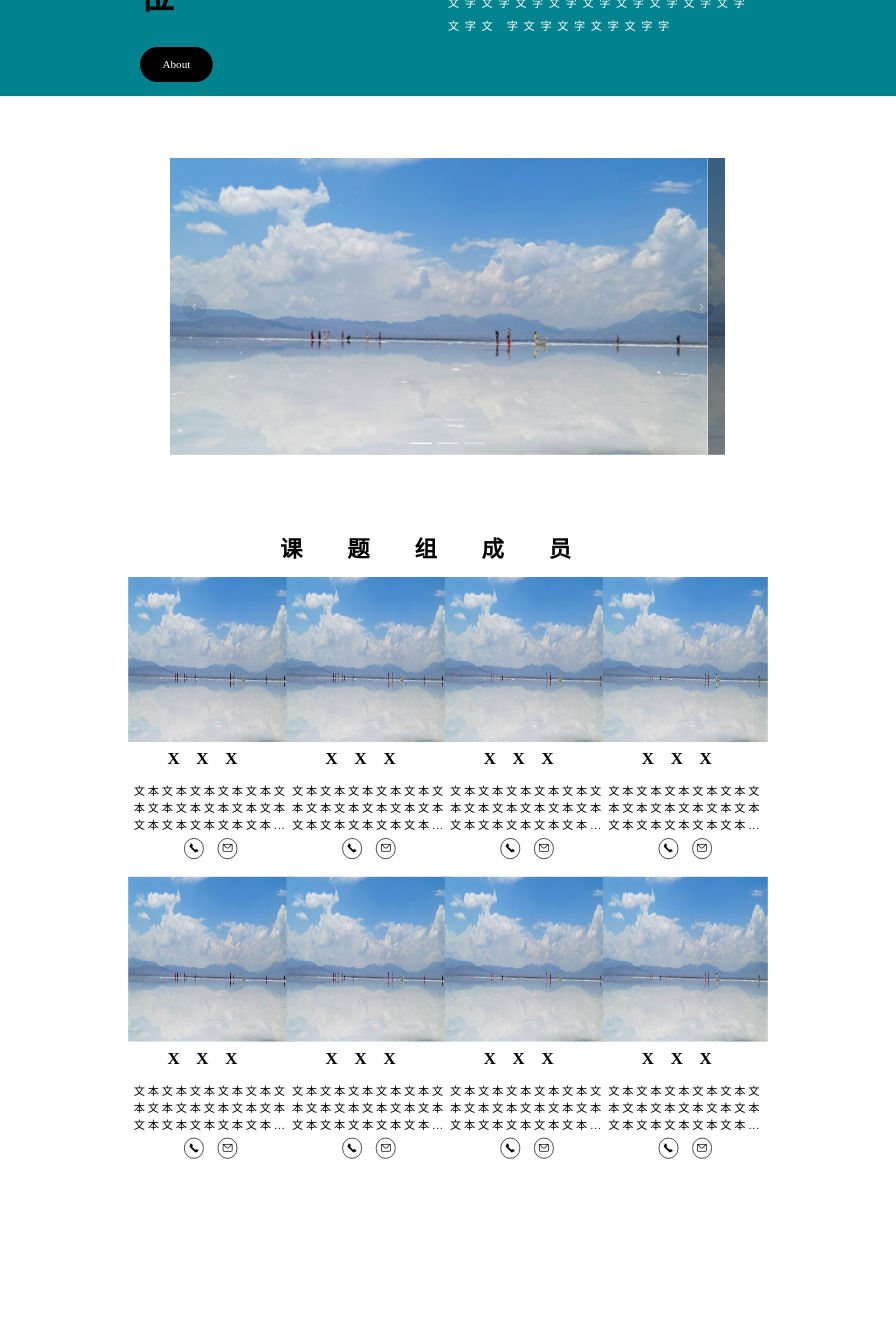
Repository: BLSY/xzust
Page: /
These files come from the project's save history. The page is drawn as it stood at one moment and after the next save; the edit follows.
The browser window is 1280 px wide. The pictures show the part of the page from y = 1156 to 3076 px (the page is 3076 px tall), at 70% of full size.
The project was rebuilt for these pictures with package versions that can differ from the ones it lists, and the page was loaded fresh each time.

Above is the page before, as saved 2022-11-27 12:38:13.

### index.html
<!DOCTYPE html>
<html>
  <head>
    <meta charset="utf-8">
    <meta name="viewport" content="width=device-width,initial-scale=1.0">
    <title>student</title>
  </head>
  <body style="margin:0;">
    <div id="app"></div>
    <!-- built files will be auto injected -->
  </body>
</html>

### src/main.js
// The Vue build version to load with the `import` command
// (runtime-only or standalone) has been set in webpack.base.conf with an alias.
import Vue from 'vue'
import App from './App'
import ElementUI from 'element-ui';
import 'element-ui/lib/theme-chalk/index.css';
import router from './router'

Vue.use(ElementUI);
Vue.config.productionTip = false

/* eslint-disable no-new */
new Vue({
  el: '#app',
  router,
  components: { App },
  template: '<App/>'
})

### src/App.vue
<template>
  <div id="app">
    <router-view/>
  </div>
</template>

<script>
export default {
  name: 'App'
}
</script>

<style>
#app {

}
</style>

### src/components/HelloWorld.vue
<template>
  <div class="indexBox">
    <div class="nav">
      <div class="login">LOGO</div>
      <div class="navList">
        <el-menu
          :default-active="activeIndex2"
          class="el-menu-demo"
          mode="horizontal"
          @select="handleSelect"
          background-color="#fff"
          text-color="#00356B"
          active-text-color="#fff"
        >
          <el-menu-item index="1">首页</el-menu-item>
          <el-submenu index="2">
            <template slot="title">业绩成果</template>
            <el-menu-item index="2-1">选项1</el-menu-item>
            <el-menu-item index="2-2">选项2</el-menu-item>
            <el-menu-item index="2-3">选项3</el-menu-item>
          </el-submenu>
          <el-menu-item index="3">在研工作</el-menu-item>
          <el-menu-item index="4">服务咨询</el-menu-item>
          <el-menu-item index="5">联系我们</el-menu-item>
        </el-menu>
      </div>
      <div class="serch">
        <el-input
          placeholder="请输入内容"
          prefix-icon="el-icon-search"
          v-model="input2"
        >
        </el-input>
      </div>
    </div>
    <div class="top">
      <div class="toptext">
        <h3 class="h-text">西藏农牧学院水利水电工程</h3>
        <h3 class="h-text" >郭永刚老师课题组</h3>
        <div class="detil">
          文字文字文字文字文字文字文字文字文字文字文字文字文字文字文字文字文字文字文字文字文字文字文字文字文字文字文字文字文字文字
        </div>

      </div>
      <div class="starvidio">
        </div>
    </div>
    <div class="team">
      <div class="team-left">
        <div class="line"></div>
        <h3 class="team-title">团队简介</h3>
        <div class="team-icon">About</div>
      </div>
      <div class="team-right">
        <div class="team-text">
          文字文字文字文字文字文字文字文字文字文字文字文字文字文字文字文字文字文字文字文字文字文字文字文字文字文字文字文
          字文字文文字文字文字文字文字文字文字文字文字文字文字文字文字文字文字文字文字文字文字文字文字文字文字文字文字文
          字文字文字文字文字字
        </div>

      </div>
    </div>
     <div class="cooperation">
      <div class="cooperation-left">
        <div class="line"></div>
        <h3 class="cooperation-title">合作单位</h3>
        <div class="cooperation-icon">About</div>
      </div>
      <div class="cooperation-right">
        <div class="cooperation-text">
          文字文字文字文字文字文字文字文字文字文字文字文字文字文字文字文字文字文字文字文字文字文字文字文字文字文字文字文
          字文字文文字文字文字文字文字文字文字文字文字文字文字文字文字文字文字文字文字文字文字文字文字文字文字文字文字文
          字文字文字文字文字字
        </div>

      </div>
    </div>
    <div class="preject">
      <div class="carousel">
         <el-carousel :interval="5000" arrow="always" height="425px">
          <el-carousel-item v-for="(item,index) in imgList" :key="index">
            <img :src="item.idView"  class="image">
          </el-carousel-item>
        </el-carousel>
      </div>

    </div>
    <div class="group">
      <h3 class="group-title">课题组成员</h3>
      <div class="showMessage" >
        <div class="show-item" v-for="(item,index) in groupList" :key="index">
          <el-image
            style="width: 236px; height: 236px"
            :src="item.imgs"
            :fit="fit"></el-image>
            <h3 class="show-name">{{item.name}}</h3>
            <div class="show-detile">
              {{item.detail}}
            </div>
            <div class="show-icon">
              <div class="icon-circle">
                <i class="el-icon-phone"></i>
              </div>
              <div class="icon-circle">
                <i class="el-icon-message"> </i>
              </div>
            </div>
        </div>
      </div>
    </div>
    <div class="edition">
      <div class="edition-top">
        <div class="edition-logo">
        <h3 class="logo-botton">LOGE</h3>
        <div class="edition-phone">
          <i class="el-icon-phone phone-icon">0000-00000000</i>
          <i class="el-icon-map-location phone-icon">西藏自治区林芝市巴宜区育才西路100号</i>
        </div>
      </div>
      </div>
      <div class="edition-bottom"></div>
    </div>
  </div>
</template>

<script>
export default {
  name: "HelloWorld",
  data() {
    return {
      activeIndex2: "1",
      input2: "",
      imgList:[
        {idView:require('../assets/preject.jpg')},
        {idView:require('../assets/black-preject.jpg')},
        {idView:require('../assets/topbackg.jpg')}
      ],
      groupList:[
        {imgs: require('../assets/preject.jpg'),name:'XXX',detail:'文本文本文本文本文本文本文本文本文本文本文本文本文本文本文本文本文本文本文本文本文本文本文本文本文本文本文本'},
        {imgs: require('../assets/preject.jpg'),name:'XXX',detail:'文本文本文本文本文本文本文本文本文本文本文本文本文本文本文本文本文本文本文本文本文本文本文本文本文本文本文本'},
        {imgs: require('../assets/preject.jpg'),name:'XXX',detail:'文本文本文本文本文本文本文本文本文本文本文本文本文本文本文本文本文本文本文本文本文本文本文本文本文本文本文本'},
        {imgs: require('../assets/preject.jpg'),name:'XXX',detail:'文本文本文本文本文本文本文本文本文本文本文本文本文本文本文本文本文本文本文本文本文本文本文本文本文本文本文本'},
        {imgs: require('../assets/preject.jpg'),name:'XXX',detail:'文本文本文本文本文本文本文本文本文本文本文本文本文本文本文本文本文本文本文本文本文本文本文本文本文本文本文本'},
        {imgs: require('../assets/preject.jpg'),name:'XXX',detail:'文本文本文本文本文本文本文本文本文本文本文本文本文本文本文本文本文本文本文本文本文本文本文本文本文本文本文本'},
        {imgs: require('../assets/preject.jpg'),name:'XXX',detail:'文本文本文本文本文本文本文本文本文本文本文本文本文本文本文本文本文本文本文本文本文本文本文本文本文本文本文本'},
        {imgs: require('../assets/preject.jpg'),name:'XXX',detail:'文本文本文本文本文本文本文本文本文本文本文本文本文本文本文本文本文本文本文本文本文本文本文本文本文本文本文本'}
        ]
    };
  },
  props: {
    msg: String,
  },
  methods: {
    handleSelect(key, keyPath) {
      console.log(key, keyPath);
    },
  },
};
</script>

<!-- Add "scoped" attribute to limit CSS to this component only -->
<style scoped >
*{
  list-style: none;
  box-sizing: border-box;
}
h3{
  margin: 0;
  padding: 0;
  margin: 10px 0;
}
html{
  font-size: 16px;
}
.indexBox {
  width: 100%;
  height: 100%;
  position: relative;
  box-sizing: border-box;
}
.nav {
  display: flex;
  align-items: center;
  justify-content: center;
  padding: 0 200px;
}
.login {
  flex: 1;
  display: inline-block;
  font-size: 3em;
  font-weight: bold;
  color: #00356B;
  font-family: MicrosoftYaHei;
  margin-right: 100px;
}
.navList{
  flex: 4;
  display: inline-block;
  min-width:55%;
  font-size: 2em;
}
.serch{
  flex: 1;
  display: inline-block;
  margin-left:30px ;
}
.el-menu-item.is-active{
  background: #00356B !important;
}
.top{
  box-sizing: border-box;
  background: url(../assets/topbackg.jpg) no-repeat;
  background-size:100% 100% ;
  position: relative;
  height: 500px;
  display: flex;
  align-items: center;
  justify-content: center;
  /* text-align: center; */
  overflow: hidden;
  padding: 0 200px;
}
  .toptext{
    display: inline-block;
    margin-top: 20px;
    width: 70%;
    text-align: left;
  }
  .h-text{
    display: inline-block;
    color: #00356B;
    font-size: 3em;
    letter-spacing:20px;
  }
  .detil{
    margin-top: 20px;
    display: inline-block;
    width:70%;
    font-size: 1em;
    text-align: left;
    letter-spacing: 0.5em;
    color:#333;
  }
  .starvidio{
    background: url(../assets/bapfang.png) no-repeat;
    background-size:100% 100% ;
    position: absolute;
    bottom: 20px;
    right: 60px;
    height: 60px;
    width: 60px;
  }
  .team{
    height: 366px;
    display: flex;
    flex-direction: row;
    align-items: center;
    justify-content: space-between;
    padding: 0 200px;
  }
  .team-left{
    height: 250px;
    flex: 1;
    text-align: cente;
    display: inline-block;
    vertical-align: top;
  }
  .team-right{
    height: 250px;
    flex: 1;
    display: inline-block;
    vertical-align: top;
  }
  .team-text{
    text-align: left;
   letter-spacing:0.5em;
   line-height: 2em;
  }
  .team-title{
    color: #00356B;
    font-size: 3em;
    letter-spacing:2em;
    margin: 40px 0;
  }
  .line{
    display: inline-block;
    margin: auto;
    width: 80%;
    border: 1px solid #5D0E8B;
  }
  .team-icon{
    text-align: center;
    width: 104px;
    height: 50px;
    line-height: 50px;
    color: #fff;
    font-size: 1em;
    background: #00356B;
    border-radius: 25px;
  }
  .cooperation{
    height: 366px;
    display: flex;
    background:#00838F ;
    flex-direction: row;
    align-items: center;
    justify-content: space-between;
    padding: 0 200px;
  }
   .cooperation-left{
    height: 250px;
    flex: 1;
    text-align: cente;
    display: inline-block;
    vertical-align: top;
  }
  .cooperation-right{
    height: 250px;
    flex: 1;
    display: inline-block;
    vertical-align: top;
  }
  .cooperation-text{
    text-align: left;
   letter-spacing:0.5em;
   line-height: 2em;
   color: #fff;
  }
  .cooperation-title{
    color: #000;
    font-size: 3em;
    letter-spacing:2em;
    margin: 40px 0;
  }

  .cooperation-icon{
    text-align: center;
    width: 104px;
    height: 50px;
    line-height: 50px;
    color: #fff;
    font-size: 1em;
    background: #000000;
    border-radius: 25px;
  }
.preject{
  /* height: 366px; */
  display: flex;
  justify-content: center;
  flex-direction: row;
  align-items: center;
  padding: 0 200px;
}
.carousel{
  margin: 88px auto;
  height: 425px;
  width: 90%;
}
/* 轮播图无图片样式 有图片可删除 */

  .image{
    width: 100%;
    height: inherit;
  }
  .group{
    text-align: center;
    display: flex;
    justify-content: center;
    flex-direction: column;
    align-items: center;
    padding: 0 200px;

  }
  .group-title{
    color: #000;
    font-size: 2em;
    letter-spacing:2em;
    margin: 20px 0;
  }
  .showMessage{
    display: flex;
    flex-direction: row;
    flex-wrap: wrap;
    align-items: center;
    justify-content: space-between;
  }
  .show-item{
    width: 23%;
    display: inline-block;
    margin-bottom: 25px;
    display: flex;
    flex-direction: column;
    align-items: center;
  }
  .show-name{
    color: #000;
    font-size: 1.5em;
    letter-spacing:1em;
  }
  .show-detile{
    width: 236px;
    display: inline-block;
    max-height: 70px;;
    overflow: hidden;
    text-overflow: ellipsis;
    font-size: 1em;
    letter-spacing:0.25em;
    margin: 10px 0;
    display: -webkit-box;
    -webkit-line-clamp: 3;
   -webkit-box-orient: vertical;
  }
  .show-icon{
  }
  .icon-circle{
    margin: 0 10px;
    padding: 5px;
    font-size: 1em;
    border: 1px solid #000;
    border-radius: 1em;
    display: inline-block;
  }
  .edition{
    text-align: center;
    display: flex;
    justify-content: center;
    flex-direction: row;
    align-items: center;
    padding: 0 200px;
  }
  .edition-top{
    height: 240px;
    color: #FFF;
    background: #383838 ;
    background: #0000;
  }
  .edition-bottom{

    height: 240px;
    background: #383838 ;
    background: #0000;
  }
</style>

Loaded but not shown: src/router/index.js (common file)

After the next save:
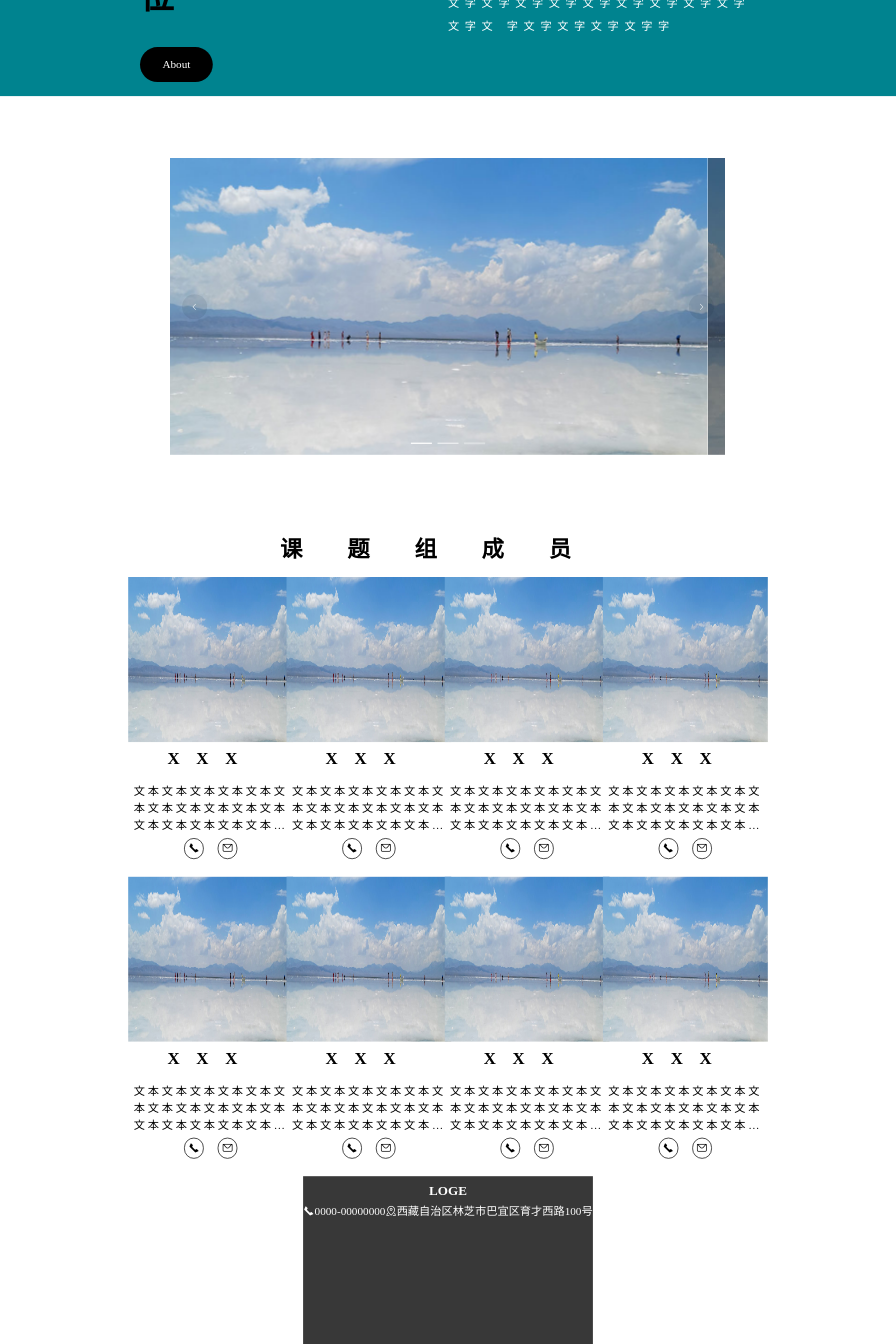
Saved 9 s later.
--- a/src/components/HelloWorld.vue
+++ b/src/components/HelloWorld.vue
@@ -432,12 +432,10 @@ html{
     height: 240px;
     color: #FFF;
     background: #383838 ;
+  }
+  .edition-bottom{
+
+    height: 240px;
     background: #0000;
   }
-  .edition-bottom{
-
-    height: 240px;
-    background: #383838 ;
-    background: #0000;
-  }
 </style>
